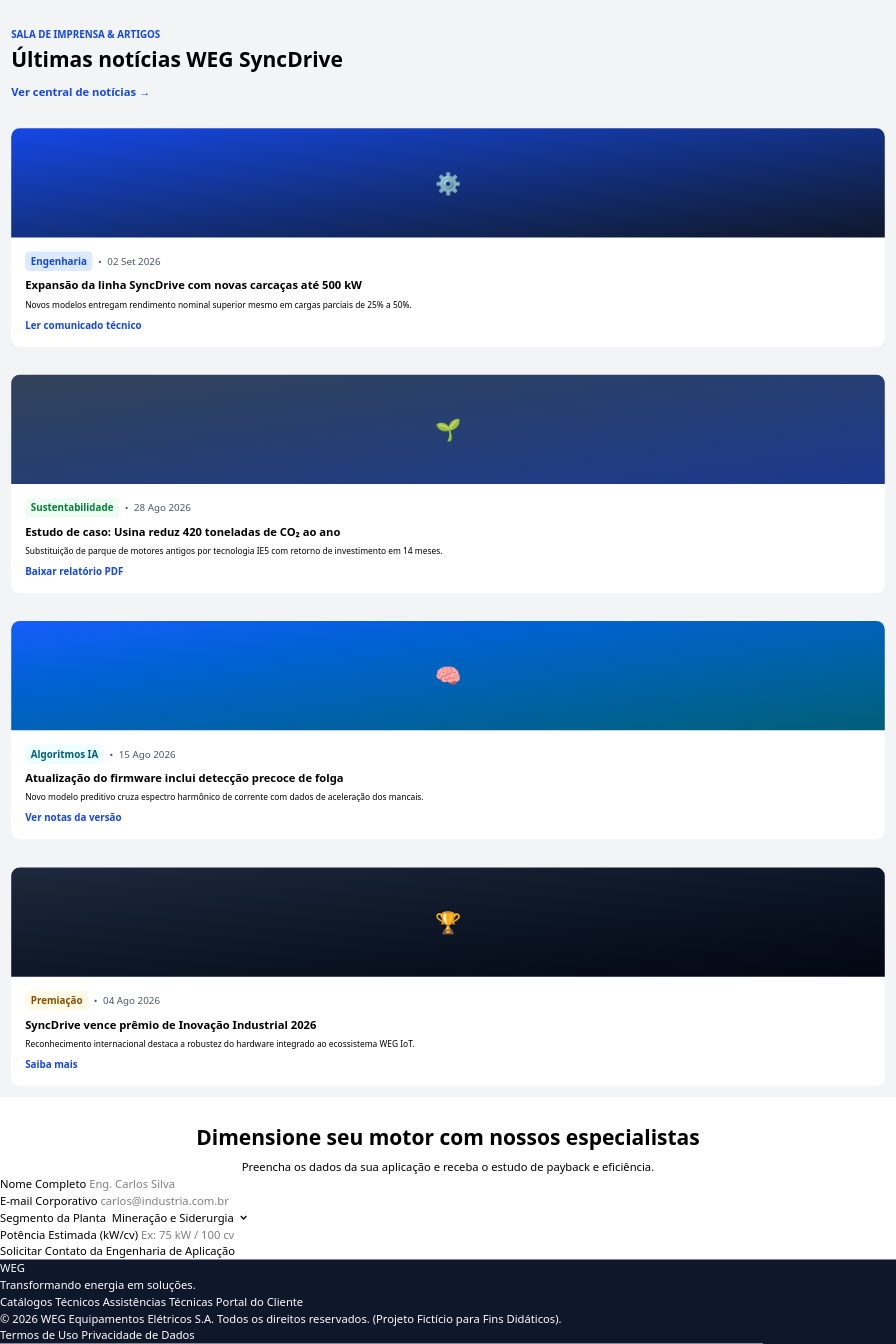
Repository: camilewng/Exercicio-Tailwind
Page: index.html
An editor plug-in stored every save of this project. The page is shown before and after the next save, followed by the edit.
The browser window is 1280 px wide. The pictures show the part of the page from y = 2905 to 4825 px (the page is 4825 px tall before and 4821 px after), at 70% of full size.

Above is the page before, as saved 2026-09-14 16:12:58.

After the next save:
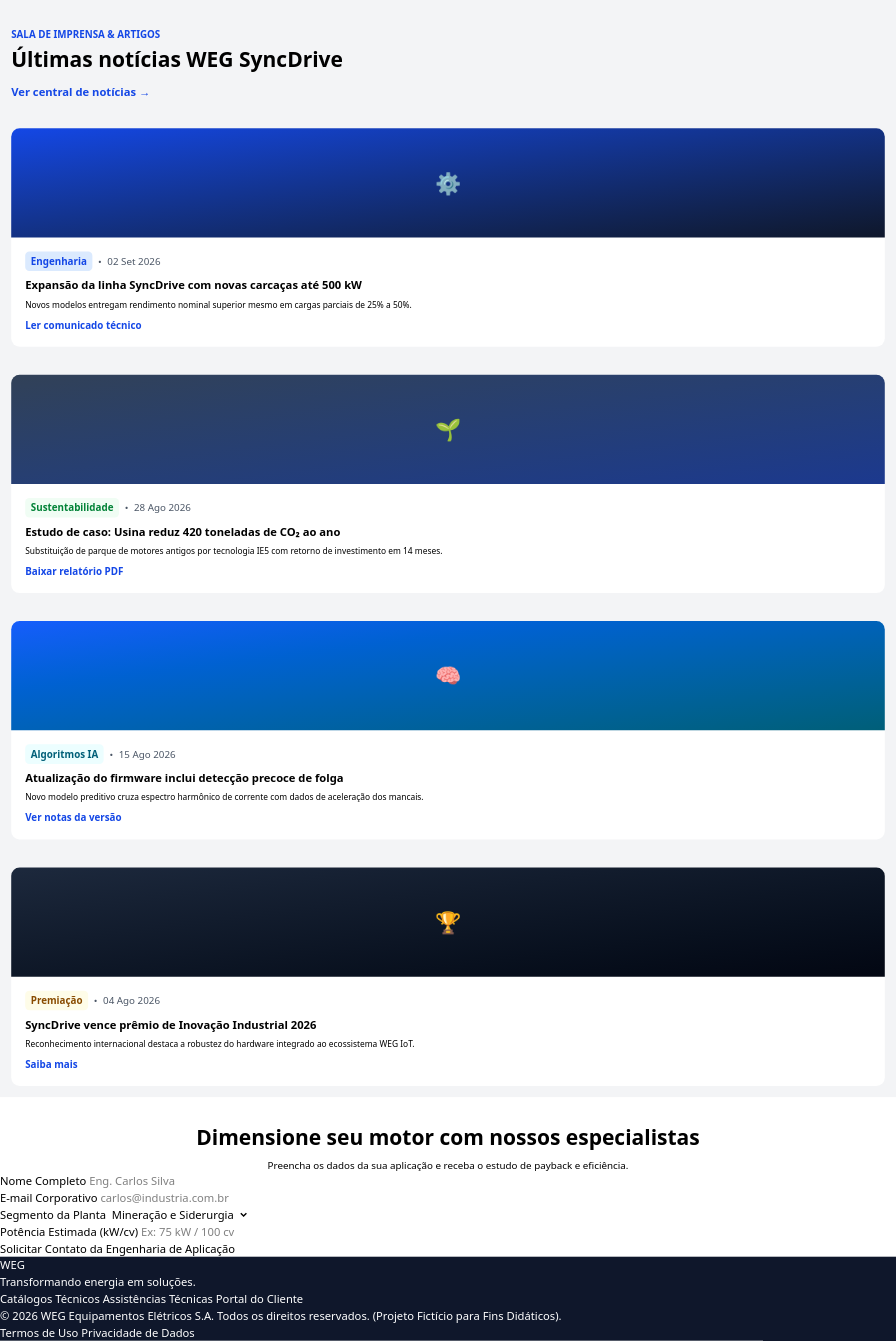
Saved 4 s later.
--- a/index.html
+++ b/index.html
@@ -325,7 +325,7 @@
       <div>
         <div>
           <h2 class="text-3xl px-5 font-bold text-center pt-10 pb-3">Dimensione seu motor com nossos especialistas</h2>
-          <p class="text-center">Preencha os dados da sua aplicação e receba o estudo de payback e eficiência.</p>
+          <p class="text-center text-sm">Preencha os dados da sua aplicação e receba o estudo de payback e eficiência.</p>
         </div>
 
         <form>
